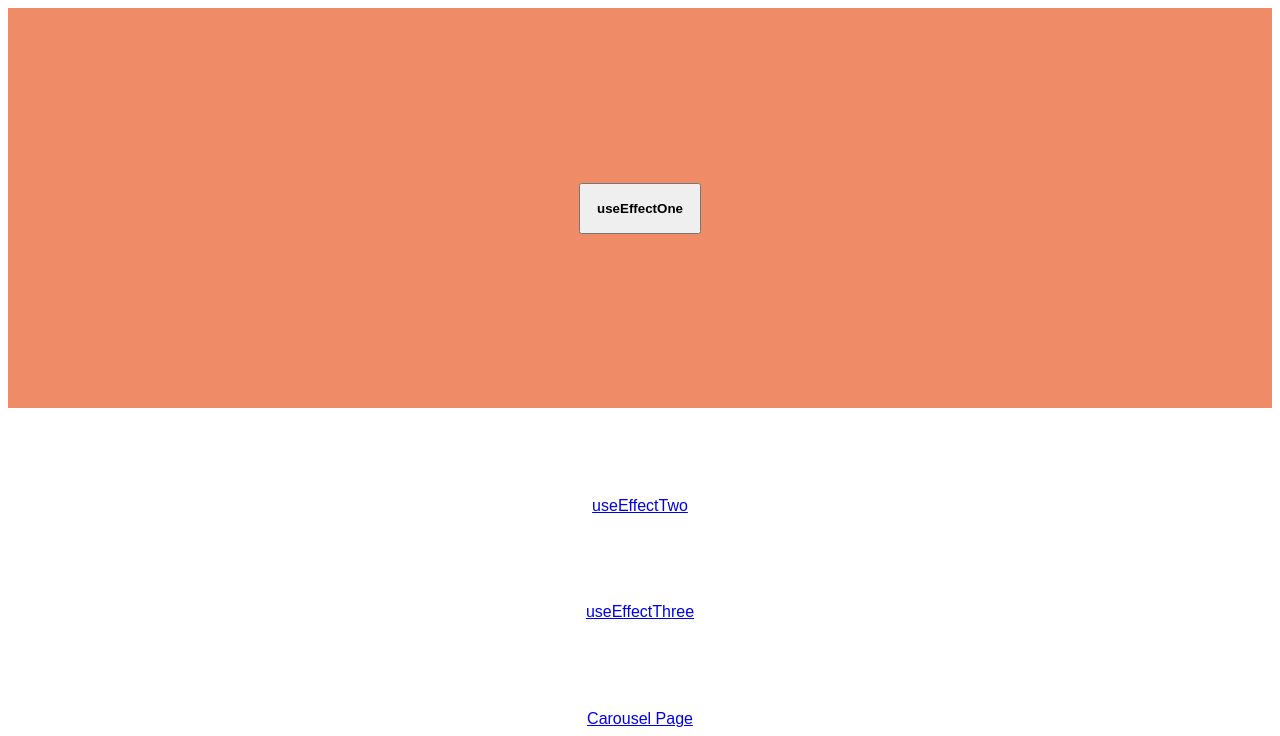
Repository: giovanabirck/class8
Page: /
These files come from the project's save history. The page is drawn as it stood at one moment and after a run of saves; the edit follows.
The browser window is 1280 px wide. The pictures show the whole page.
The project was rebuilt for these pictures with package versions that can differ from the ones it lists, and the page was loaded fresh each time. The framework's server and built-in components were replaced by stand-ins that run in the browser. Also part of the build but not shown: next.config.js.

Above is the page before, as saved 2023-02-23 17:51:43.

### pages/index.js
import Head from 'next/head'
import styles from '@/styles/Home.module.css'
import Link from 'next/link'


export default function Home() {
  return (
    <>
      <Head>
        <title>Create Next App</title>
        <meta name="description" content="Generated by create next app" />
        <meta name="viewport" content="width=device-width, initial-scale=1" />
        <link rel="icon" href="/favicon.ico" />
      </Head>
      <main className={styles.main}>
        <div className={styles.effect_one}>
          <Link href="/useEffectOne">
            <button className={styles.btn}>useEffectOne</button>
          </Link>
        </div>
        <div className={styles.effect_two}>
          <Link href="/useEffectTwo">useEffectTwo</Link>
        </div>
        <div className={styles.effect_three}>
          <Link href="/useEffectThree">useEffectThree</Link>
        </div>
        <div className={styles.carousel}>
          <Link href="/carouselPage">Carousel Page</Link>
        </div>
      </main>
    </>
  )
}

### styles/globals.css
:root {
  --blue: #95CDF9;
  --green: #C3E0CF;
  --orange: #EF8B66;
  --white: #f4f9fd;
  --black: #222222;
  }

### styles/Home.module.css
.main {
  display: flex;
  flex-direction: column;
  justify-content: space-between;
  align-items: center;
  padding: 0rem;
  min-height: 100vh;
  font-family: Arial, Helvetica, sans-serif;
  color: var(--black);

}

.effect_one {
  background-color: var(--orange);
  width: 100%;
  height: 25rem;
  margin: 0rem;
  display: flex;
  justify-content: center;
  align-items: center;
}

.btn {
  font-weight: 900;
  padding: 1rem;
}

Loaded but not shown: pages/_app.js (common file); pages/_document.js (common file)

After the next 5 saves:
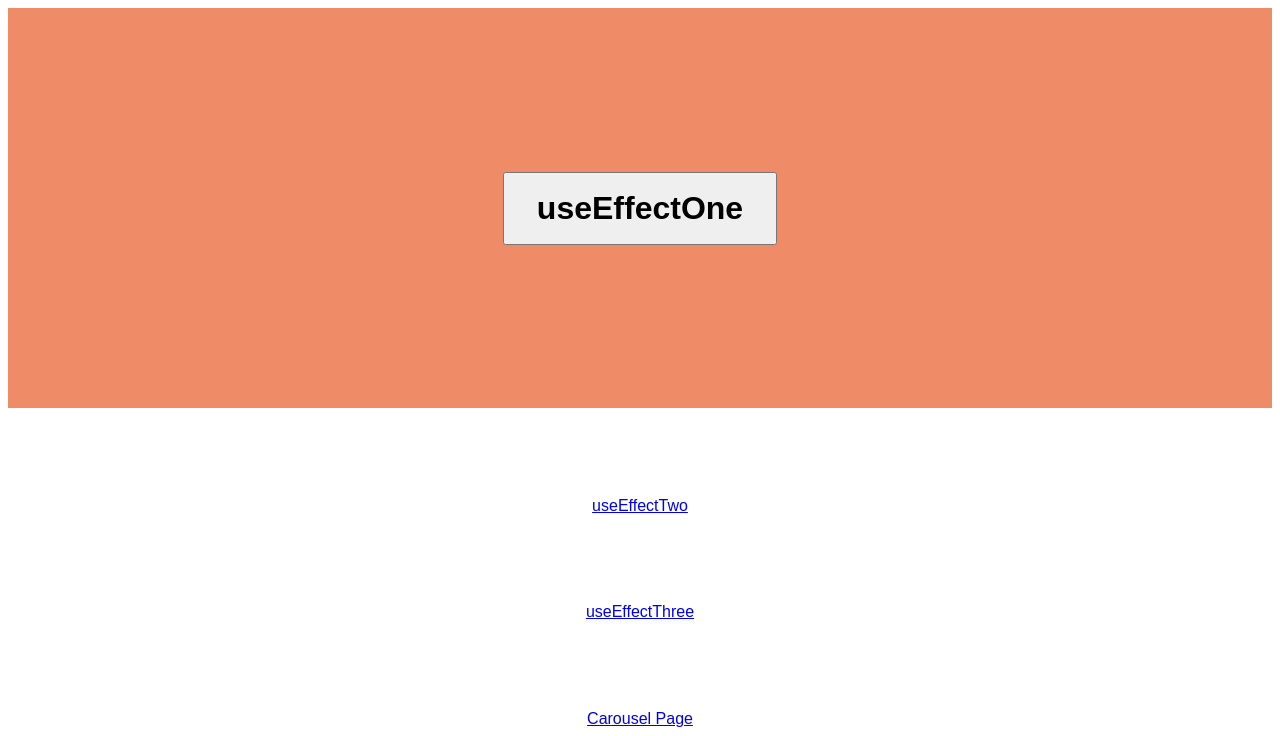
The 5 saves are shown as one change because they came seconds apart.
The last was saved 14 s later.
--- a/styles/Home.module.css
+++ b/styles/Home.module.css
@@ -22,5 +22,6 @@
 
 .btn {
   font-weight: 900;
-  padding: 1rem;
+  font-size: 2rem;
+  padding: 1rem 2rem;
 }
